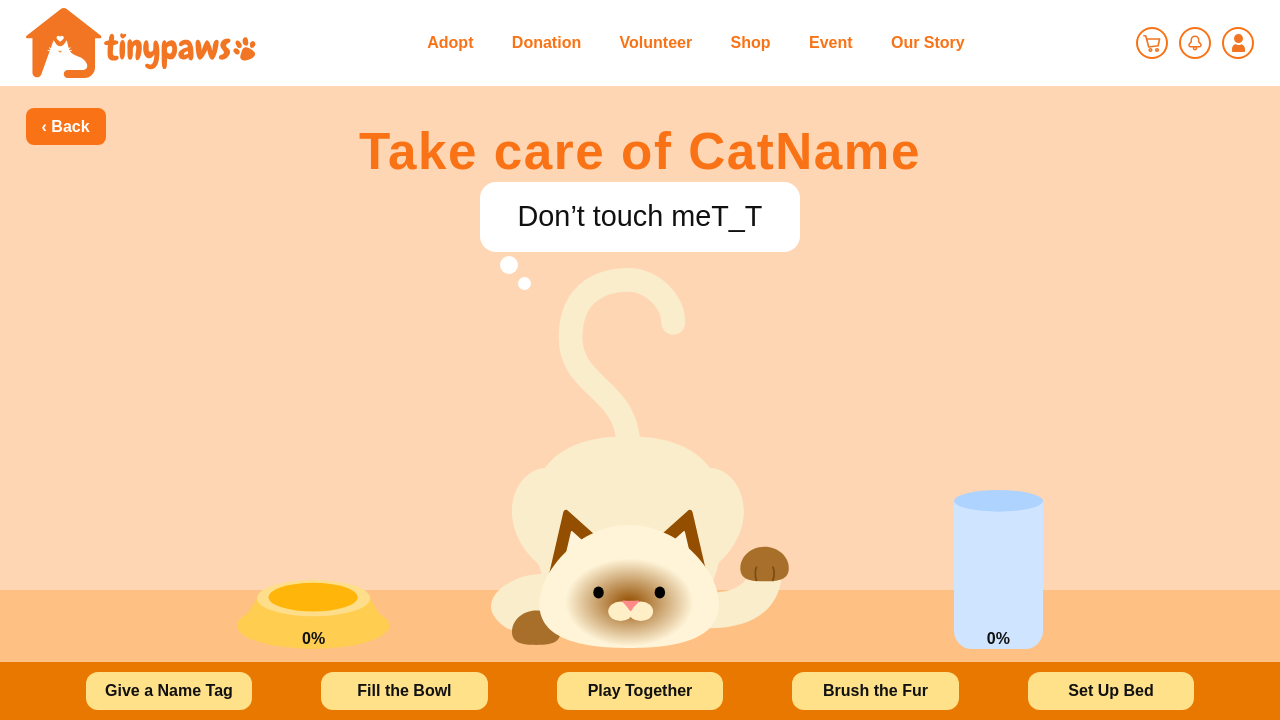
Repository: LShuyanLi/TinyPaws
Page: /, after clicking the first element matching `div > div`
These files come from the project's save history. The page is drawn as it stood at one moment and after the next save; the edit follows.
The browser window is 1280 px wide. The pictures show the whole page.
The project was rebuilt for these pictures with package versions that can differ from the ones it lists, and the page was loaded fresh each time. The framework's server and built-in components were replaced by stand-ins that run in the browser. Also part of the build but not shown: next.config.mjs.

Above is the page before, as saved 2026-05-09 23:13:30.

### app/layout.js
import { Geist, Geist_Mono } from "next/font/google";
import "./globals.css";

const geistSans = Geist({
  variable: "--font-geist-sans",
  subsets: ["latin"],
});

const geistMono = Geist_Mono({
  variable: "--font-geist-mono",
  subsets: ["latin"],
});

export const metadata = {
  title: "Create Next App",
  description: "Generated by create next app",
};

export default function RootLayout({ children }) {
  return (
    <html lang="en" className={`${geistSans.variable} ${geistMono.variable}`}>
      <body>{children}</body>
    </html>
  );
}

### app/page.js
"use client";

import { useState } from "react";

import Header from "@/components/shared/Header";
import ChooseScreen from "@/components/shuyan/ChooseScreen";
import PlayScreen from "@/components/shuyan/PlayScreen";



export default function Home() {
  const [screen, setScreen] = useState("choose");
  const [selectedCat, setSelectedCat] = useState(null);

  function goToChoose() {
    setScreen("choose");
  }

  function goToPlay(catImage) {
    setSelectedCat(catImage);
    setScreen("play");
  }

  return (
    <main
      style={{
        width: "100vw",
        height: "100vh",
        margin: 0,
        overflow: "hidden",
        fontFamily: "Arial, Helvetica, sans-serif",
        backgroundColor: "#ffd6b3",
      }}
    >
      <Header />

      {screen === "choose" && (
        <ChooseScreen goToPlay={goToPlay} />
      )}

      {screen === "play" && (
        <PlayScreen
        goToChoose={goToChoose}
        selectedCat={selectedCat} />
      )}
    </main>
  );
}

### app/globals.css
:root {
  --background: #ffffff;
  --foreground: #171717;
}

@media (prefers-color-scheme: dark) {
  :root {
    --background: #0a0a0a;
    --foreground: #ededed;
  }
}

html {
  height: 100%;
}

html,
body {
  max-width: 100vw;
  overflow-x: hidden;
}

body {
  min-height: 100%;
  display: flex;
  flex-direction: column;
  color: var(--foreground);
  background: var(--background);
  font-family: Arial, Helvetica, sans-serif;
  -webkit-font-smoothing: antialiased;
  -moz-osx-font-smoothing: grayscale;
}

* {
  box-sizing: border-box;
  padding: 0;
  margin: 0;
}

a {
  color: inherit;
  text-decoration: none;
}

@media (prefers-color-scheme: dark) {
  html {
    color-scheme: dark;
  }
}

### components/shared/Header.jsx
// Displays the decorative top navigation area with the logo, nav menu, and icons.

export default function Header() {
  return (
    <header
      style={{
        width: "100%",
        height: "12vh",
        backgroundColor: "#ffffff",
        display: "flex",
        alignItems: "center",
        justifyContent: "space-between",
        padding: "0 2vw",
        boxSizing: "border-box",
      }}
    >
      <img
        src="/Logo.svg"
        alt="TinyPaws logo"
        style={{
          width: "18vw",
          minWidth: "150px",
          maxWidth: "270px",
          height: "auto",
        }}
      />

      <nav
        style={{
          display: "flex",
          gap: "3vw",
          color: "#f97316",
          fontWeight: "700",
          fontSize: "1rem",
        }}
      >
        <span>Adopt</span>
        <span>Donation</span>
        <span>Volunteer</span>
        <span>Shop</span>
        <span>Event</span>
        <span>Our Story</span>
      </nav>

      <div
        style={{
          display: "flex",
          gap: "0.7rem",
        }}
      >
        <button style={iconButtonStyle}>
         <img src="/chart.svg" style={iconImageStyle} />
        </button>

        <button style={iconButtonStyle}>
          <img src="/bell.svg" style={iconImageStyle} />
        </button>

        <button style={iconButtonStyle}>
         <img src="/user.svg" style={iconImageStyle} />
        </button>
      </div>
    </header>
  );
}

const iconButtonStyle = {
  width: "2rem",
  height: "2rem",
  border: "2px solid #f97316",
  borderRadius: "50%",
  backgroundColor: "#ffffff",
  color: "#f97316",
  cursor: "pointer",
  display: "flex",
  alignItems: "center",
  justifyContent: "center",
};

const iconImageStyle = {
  width: "1.1rem",
  height: "1.1rem",
  objectFit: "contain",
  display: "block",
};

### components/shuyan/ChooseScreen.jsx
import PokeCatBall from "@/components/shuyan/PokeCatBall";

export default function ChooseScreen({ goToPlay }) {

    return (
        <section
        style={{
            position: "relative",
            width: "100%",
            height: "88vh",
            backgroundColor: "#ffd6b3",
        }}
        >

        <h1
            style={{
            margin: 0,
            paddingTop: "5vh",
            textAlign: "center",
            color: "#f97316",
            fontSize: "clamp(2rem, 4vw, 3.3rem)",
            fontWeight: "700",
            letterSpacing: "0.03em",
            }}
        >
            Choose Your New Little Friend
        </h1>

        <div
            style={{
            position: "relative",
            zIndex: 5,
            width: "100%",
            display: "flex",
            justifyContent: "space-around",
            alignItems: "flex-start",
            marginTop: "8vh",
            padding: "0 4vw",
            boxSizing: "border-box",
            }}
        >
            <PokeCatBall
                closeBall="/CloseBall.svg"
                openBall="/OpenBall-1.svg"
                catImage="/cat-1.svg"
                goToPlay={goToPlay} />
            <PokeCatBall
                closeBall="/CloseBall.svg"
                openBall="/OpenBall-2.svg"
                catImage="/cat-2.svg"
                goToPlay={goToPlay} />
            <PokeCatBall
                closeBall="/CloseBall.svg"
                openBall="/OpenBall-3.svg"
                catImage="/cat-3.svg"
                goToPlay={goToPlay} />
        </div>

        <div
            style={{
            position: "absolute",
            left: 0,
            bottom: "7.5vh",
            width: "100%",
            height: "10vh",
            backgroundColor: "#ffc083",
            }}
        />

        <div
            style={{
            position: "absolute",
            left: 0,
            bottom: 0,
            width: "100%",
            height: "7.5vh",
            backgroundColor: "#e97800",
            }}
        />
        </section>
    );
}

### components/shuyan/PlayScreen.jsx
// PlayScreen.jsx: Builds the main cat play screen with the background, cat area, feeding area, tools, bed, and bottom buttons.

import BackButton from "@/components/shuyan/BackButton";
import BottomActionBar from "@/components/shuyan/BottomActionBar";
import CatDisplay from "@/components/shared/CatDisplay";
import FoodBowl from "@/components/Jinwon/FoodBowl";
import WaterBottle from "@/components/Jinwon/WaterBottle";
import CatEmotion from "@/components/Jessica/CatEmotion";

export default function PlayScreen({ goToChoose, selectedCat }) {
  return (
    <section
      style={{
        position: "relative",
        width: "100%",
        height: "88vh",
        backgroundColor: "#ffd6b3",
        overflow: "hidden",
      }}
    >
      <BackButton goToChoose={goToChoose}/>

      <h1
        style={{
          margin: 0,
          paddingTop: "5vh",
          textAlign: "center",
          color: "#f97316",
          fontSize: "clamp(2rem, 4vw, 3.3rem)",
          fontWeight: "700",
          letterSpacing: "0.03em",
          position: "relative",
          zIndex: 5,
        }}
      >
        Take care of CatName
      </h1>

      {/* Light orange ground */}
      <div
        style={{
          position: "absolute",
          left: 0,
          bottom: "8vh",
          width: "100%",
          height: "10vh",
          backgroundColor: "#ffc083",
          zIndex: 1,
        }}
      />

      {/* Main play area */}
      <div
        style={{
          position: "absolute",
          left: "50%",
          bottom: "10vh",
          transform: "translateX(-50%)",
          width: "75vw",
          height: "50vh",
          zIndex: 5,
        }}
      >
        <CatEmotion />
        <FoodBowl />
        <CatDisplay selectedCat={selectedCat}/>
        <WaterBottle />
      </div>

      <BottomActionBar />
    </section>
  );
}

### components/shuyan/PokeCatBall.jsx
"use client";
// Displays one selectable pokeCAT ball and shows its cat preview on hover.

import { useState } from "react";

export default function PokeCatBall({ closeBall, openBall, goToPlay, catImage }) {

    const [isHover, setIsHover] = useState(false);

    function pokecatBall() {
        if (!isHover) {
            return closeBall;
        } else {
            return openBall;
        }
    }

    return (
        <div
            onClick={() => goToPlay(catImage)}
            onMouseEnter={() => setIsHover(true)}
            onMouseLeave={() => setIsHover(false)}
            style={{
                width: "24vw",
                maxWidth: "380px",
                minWidth: "230px",
                height: "50vh",
                display: "flex",
                alignItems: "flex-start",
                justifyContent: "center",
                cursor: "pointer"
            }}
        >
        <img
            src={pokecatBall()}
            style={{
            width: "90%",
            objectFit: "contain",
            display: "block",
            }}
        />
        </div>
    );
}

### components/shuyan/BackButton.jsx
// Displays the back button and returns the user to the cat selection screen.


export default function BackButton({ goToChoose }) {
  return (
    <button
        onClick={goToChoose}
        style={{
            position: "absolute",
            top: "3vh",
            left: "2vw",
            backgroundColor: "#f97316",
            color: "#ffffff",
            border: "none",
            borderRadius: "8px",
            padding: "0.6rem 1rem",
            fontSize: "1rem",
            fontWeight: "600",
            cursor: "pointer",
            zIndex: 10,
      }}
    >
      ‹ Back
    </button>
  );
}

### components/shuyan/BottomActionBar.jsx
"use client";

// BottomActionBar.jsx: Displays the bottom interaction buttons and shows each hover bubble.

import { useState } from "react";

export default function BottomActionBar( {
  activeButton,
  setActiveButton,
  setSelectedBed, //these three are for the bed feature
  ballSpeed,
  setBallSpeed, //these two are for the play ball feature
  featherActive,
  setFeatherActive,
}) {
  return (
    <div
      style={{
        position: "absolute",
        left: 0,
        bottom: 0,
        width: "100%",
        height: "8vh",
        backgroundColor: "#e97800",
        display: "flex",
        alignItems: "center",
        justifyContent: "space-around",
        padding: "0 4vw",
        boxSizing: "border-box",
        zIndex: 20,
      }}
    >
      {/* Name button - Elina can connect this to NameTag modal later */}
      <div style={{ position: "relative" }}>
        <button style={buttonStyle}>Give a Name Tag</button>
      </div>

      {/* Feed button - Jinwon */}
      <div
        onMouseEnter={() => setActiveButton("feed")}
        onMouseLeave={() => setActiveButton(null)}
        style={{ position: "relative" }}
      >
        {activeButton === "feed" && (
          <div style={bubbleStyle}>
            <img src="/bubble-3.svg" style={bubbleBackgroundStyle} />

            {/* dry food option - Jinwon can add onClick here */}
            <img
              src="/dryfood.svg"
              style={{
                position: "absolute",
                top: "8%",
                left: "50%",
                transform: "translateX(-50%)",
                width: "45%",
                height: "auto",
                cursor: "pointer",
              }}
            />

            {/* wet food option - Jinwon can add onClick here */}
            <img
              src="/wetfood.svg"
              style={{
                position: "absolute",
                top: "34%",
                left: "50%",
                transform: "translateX(-50%)",
                width: "45%",
                height: "auto",
                cursor: "pointer",
              }}
            />

            {/* water option - Jinwon can add onClick here */}
            <img
              src="/water.svg"
              style={{
                position: "absolute",
                top: "60%",
                left: "50%",
                transform: "translateX(-50%)",
                width: "38%",
                height: "auto",
                cursor: "pointer",
              }}
            />
          </div>
        )}

        <button style={buttonStyle}>Fill the Bowl</button>
      </div>

      {/* Play button - Jonah handles ball/feather, Elina handles hand */}
      <div
        style={{ position: "relative" }}
      >
        {activeButton === "play" && (
          <div style={bubbleStyle}>
            <img src="/bubble-3.svg" style={bubbleBackgroundStyle} />

            {/* ball option - Jonah can add onClick here */}
            <img
              src="/ball.svg"
                onClick={() => {
                setFeatherActive(false);

                setBallSpeed(prev =>
                  prev === "stop"
                    ? "slow"
                    : prev === "slow"
                    ? "fast"
                    : "stop"
                );
              }}
              style={{
                position: "absolute",
                top: "8%",
                left: "50%",
                transform: "translateX(-50%)",
                width: "42%",
                height: "auto",
                cursor: "pointer",
                opacity: ballSpeed === "stop" ? 0.5 : 1
              }}
            />

            {/* feather option - Jonah can add onClick here */}
            <img
              src="/feather.svg"
              onClick={() => {
                setBallSpeed("stop");
                setFeatherActive(prev => !prev);
              }}
              style={{
                position: "absolute",
                top: "30%",
                left: "50%",
                transform: "translateX(-50%)",
                width: "55%",
                height: "auto",
                cursor: "pointer",
              }}
            />

            {/* hand option - Elina can add onClick here */}
            <img
              src="/hand.svg"
              style={{
                position: "absolute",
                top: "55%",
                left: "50%",
                transform: "translateX(-50%)",
                width: "42%",
                height: "auto",
                cursor: "pointer",
              }}
            />
          </div>
        )}

        <button
          style={buttonStyle}
          onClick={() =>
            setActiveButton(activeButton === "play" ? null : "play")
          }
        >Play Together</button>
      </div>

      {/* Brush button - Elina */}
      <div
        onMouseEnter={() => setActiveButton("brush")}
        onMouseLeave={() => setActiveButton(null)}
        style={{ position: "relative" }}
      >
        {activeButton === "brush" && (
          <div style={bubbleStyle}>
            <img src="/bubble-1.svg" style={bubbleBackgroundStyle} />

            {/* brush option - Elina can add onClick here */}
            <img
              src="/brush.svg"
              style={{
                position: "absolute",
                top: "22%",
                left: "50%",
                transform: "translateX(-50%)",
                width: "55%",
                height: "auto",
                cursor: "pointer",
              }}
            />
          </div>
        )}

        <button style={buttonStyle}>Brush the Fur</button>
      </div>

      {/* Bed button - Jonah */}
      <div
        style={{ position: "relative" }}
      >
        {activeButton === "bed" && (
          <div style={bubbleStyle}>
            <img src="/bubble-2.svg" style={bubbleBackgroundStyle} />

            {/* yellow bed option - Jonah can add onClick here */}
            <img
              src="/bed-1.svg"
              onClick={() => {
                setSelectedBed(prev =>
                  prev === "yellow" ? null : "yellow"
                );
              }}
              style={{
                position: "absolute",
                top: "12%",
                left: "50%",
                transform: "translateX(-50%)",
                width: "55%",
                height: "auto",
                cursor: "pointer",
              }}
            />

            {/* green bed option - Jonah can add onClick here */}
            <img
              src="/bed-2.png"
              onClick={() => {
                setSelectedBed(prev =>
                  prev === "green" ? null : "green"
                );
              }}
              style={{
                position: "absolute",
                top: "48%",
                left: "50%",
                transform: "translateX(-50%)",
                width: "55%",
                height: "auto",
                cursor: "pointer",
              }}
            />
          </div>
        )}

        <button
          style={buttonStyle}
          onClick={() =>
            setActiveButton(activeButton === "bed" ? null : "bed")
          }
        >Set Up Bed</button>
      </div>
    </div>
  );
}

const buttonStyle = {
  width: "13vw",
  minWidth: "150px",
  maxWidth: "200px",
  height: "2.4rem",
  border: "none",
  borderRadius: "12px",
  backgroundColor: "#ffe18a",
  color: "#111111",
  fontSize: "1rem",
  fontWeight: "600",
  cursor: "pointer",
};

const bubbleStyle = {
  position: "absolute",
  left: "50%",
  bottom: "3.4rem",
  transform: "translateX(-50%)",
  width: "7vw",
  minWidth: "95px",
  maxWidth: "140px",
  zIndex: 40,
};

const bubbleBackgroundStyle = {
  width: "100%",
  height: "auto",
  display: "block",
};

### components/shared/CatDisplay.jsx
// CatDisplay.jsx: Displays the selected cat image on the play screen.

export default function CatDisplay({
  selectedBed,
  ballSpeed,
  featherActive,
}) {
  let catImage = "/cat-1.svg";

  if (featherActive) {
    catImage = "/catreach-1.svg";
  } else if (ballSpeed !== "stop") {
    catImage = "/catcrouch-1.svg";
  }

  return (
    <div
      style={{
        position: "absolute",
        left: "50%",
        bottom: "0",
        transform: "translateX(-50%)",
        zIndex: 1,
      }}
    >
      {selectedBed === "yellow" && (
        <img
          src="/yellow-bed.svg"
          style={{
            position: "absolute",
            bottom: "-130px",
            left: "50%",
            transform: "translateX(-50%)",
            width: "30vw",
            minWidth: "200px",
            zIndex: 0,
          }}
        />
      )}

      {selectedBed === "green" && (
        <img
          src="/green-bed.svg"
          style={{
            position: "absolute",
            bottom: "-130px",
            left: "50%",
            transform: "translateX(-50%)",
            width: "30vw",
            minWidth: "200px",
            zIndex: 0,
          }}
        />
      )}
      <div
        style={{
          width: "380px",
          height: "380px",
          position: "relative",
        }}
      >
        <img
          src={catImage}
          style={{
            width: "100%",
            height: "100%",
            objectFit: "contain",
            display: "block",
          }}
        />
      </div>
    </div>
  );
}

### components/Jinwon/FoodBowl.jsx
// FoodBowl.jsx: Displays the bowl and shows dry or wet food when the bowl is clicked.

export default function FoodBowl({ bowlType }) {
  const isBowlFilled = bowlType === "dry" || bowlType === "wet";
  const fillImage = bowlType === "wet" ? "/wetfood.svg" : "/dryfood.svg";

  return (
    <div
      style={{
        position: "absolute",
        left: "8%",
        bottom: "0",
        zIndex: 10,
        textAlign: "center",
      }}
    >
      <img
        src="/bowl.svg"
        style={{
          width: "12vw",
          minWidth: "120px",
          maxWidth: "190px",
          height: "auto",
          display: "block",
        }}
      />

      {isBowlFilled && (
        <img
          src={fillImage}
          style={{
            position: "absolute",
            left: "50%",
            bottom: "22px",
            transform: "translateX(-50%)",
            width: "50%",
            height: "auto",
          }}
        />
      )}

      <p
        style={{
          margin: "-1.2rem 0 0",
          color: "#111111",
          fontSize: "1rem",
          fontWeight: "700",
        }}
      >
        {isBowlFilled ? "100%" : "0%"}
      </p>
    </div>
  );
}

### components/Jinwon/WaterBottle.jsx
// WaterBottle.jsx: Displays the water bottle and shows water level when the bottle is clicked.

export default function WaterBottle({ hasWater }) {
  const isBottleFilled = hasWater;

  return (
    <div
      style={{
        position: "absolute",
        right: "8%",
        bottom: "0",
        zIndex: 10,
        textAlign: "center",
      }}
    >
      <img
        src="/water-bottle.svg"
        style={{
          width: "7vw",
          minWidth: "80px",
          maxWidth: "130px",
          height: "auto",
          display: "block",
        }}
      />

      {isBottleFilled && (
        <img
          src="/water.svg"
          style={{
            position: "absolute",
            left: "50%",
            bottom: "22px",
            transform: "translateX(-50%)",
            width: "44%",
            height: "auto",
          }}
        />
      )}

      <p
        style={{
          margin: "-1.2rem 0 0",
          color: "#111111",
          fontSize: "1rem",
          fontWeight: "700",
        }}
      >
        {isBottleFilled ? "100%" : "0%"}
      </p>
    </div>
  );
}

### components/Jessica/CatEmotion.jsx
// CatEmotion.jsx: Displays the cat’s emotion emoji and thought bubble based on interaction results.

export default function CatEmotion() {
  return (
    <div
      style={{
        position: "absolute",
        left: "50%",
        bottom: "55vh",
        transform: "translateX(-50%)",
        zIndex: 30,
      }}
    >
      {/* Thought bubble box */}
      <div
        style={{
          position: "relative",
          width: "320px",
          minHeight: "70px",
          backgroundColor: "#ffffff",
          borderRadius: "16px",
          display: "flex",
          alignItems: "center",
          justifyContent: "center",
          padding: "0 1.5rem",
          boxSizing: "border-box",
          color: "#111111",
          fontSize: "1.8rem",
          fontWeight: "400",
        }}
      >
        Don’t touch meT_T
      </div>

      {/* Small bubble dots */}
      <div
        style={{
          position: "absolute",
          left: "20px",
          bottom: "-22px",
          width: "18px",
          height: "18px",
          backgroundColor: "#ffffff",
          borderRadius: "50%",
        }}
      />

      <div
        style={{
          position: "absolute",
          left: "38px",
          bottom: "-38px",
          width: "13px",
          height: "13px",
          backgroundColor: "#ffffff",
          borderRadius: "50%",
        }}
      />
    </div>
  );
}

After the next save:
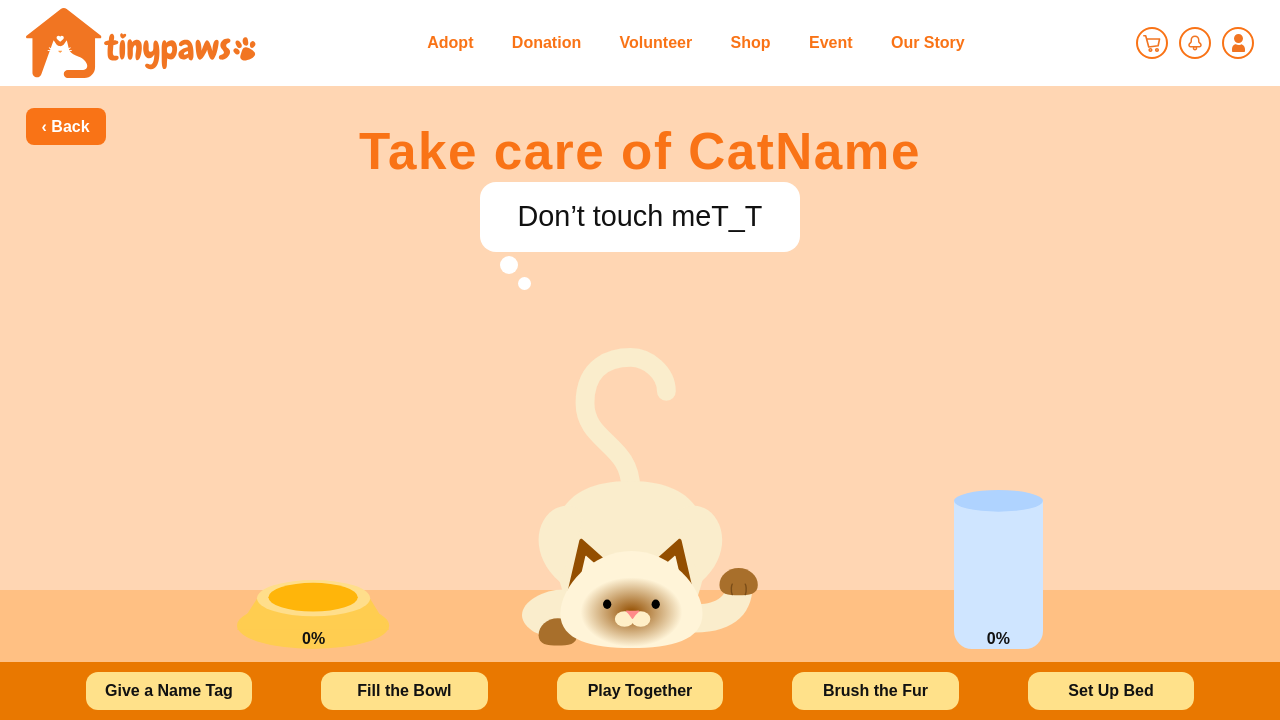
Saved 4 min 35 s later.
--- a/components/shared/CatDisplay.jsx
+++ b/components/shared/CatDisplay.jsx
@@ -54,8 +54,8 @@ export default function CatDisplay({
       )}
       <div
         style={{
-          width: "380px",
-          height: "380px",
+          width: "400px",
+          height: "300px",
           position: "relative",
         }}
       >
